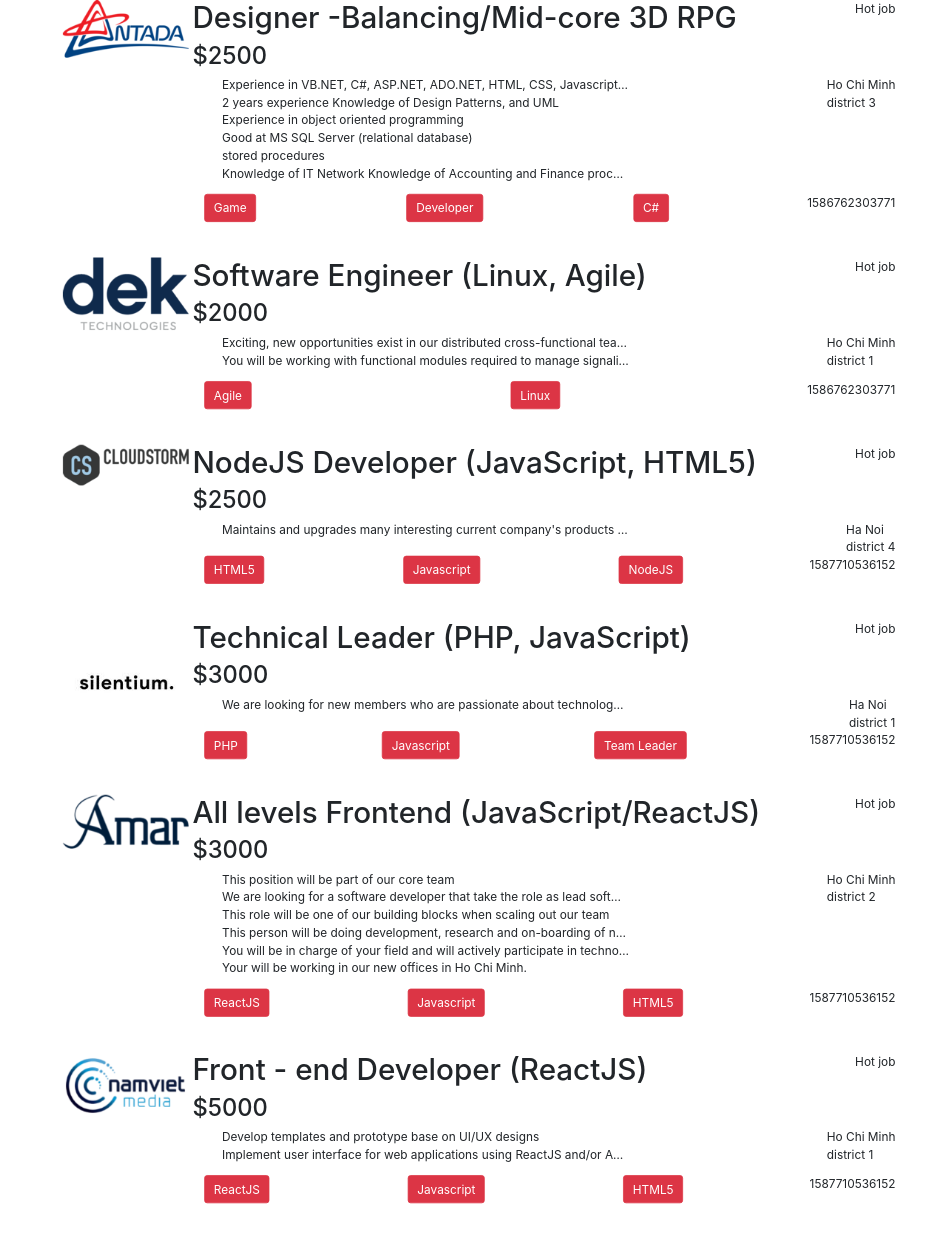
Repository: tts2610/itviec-clone
Page: /
An editor plug-in stored every save of this project. The page is shown before and after the next save, followed by the edit.
The browser window is 1280 px wide. The pictures show the whole page, at 74% of full size.
The project was rebuilt for these pictures with package versions that can differ from the ones it lists, and the page was loaded fresh each time. Requests to the local data server were answered from the project's data file. Also part of the build but not shown: src/pages/Login.js, src/pages/Detail.js.

Above is the page before, as saved 2020-06-08 15:35:24.

After the next save:
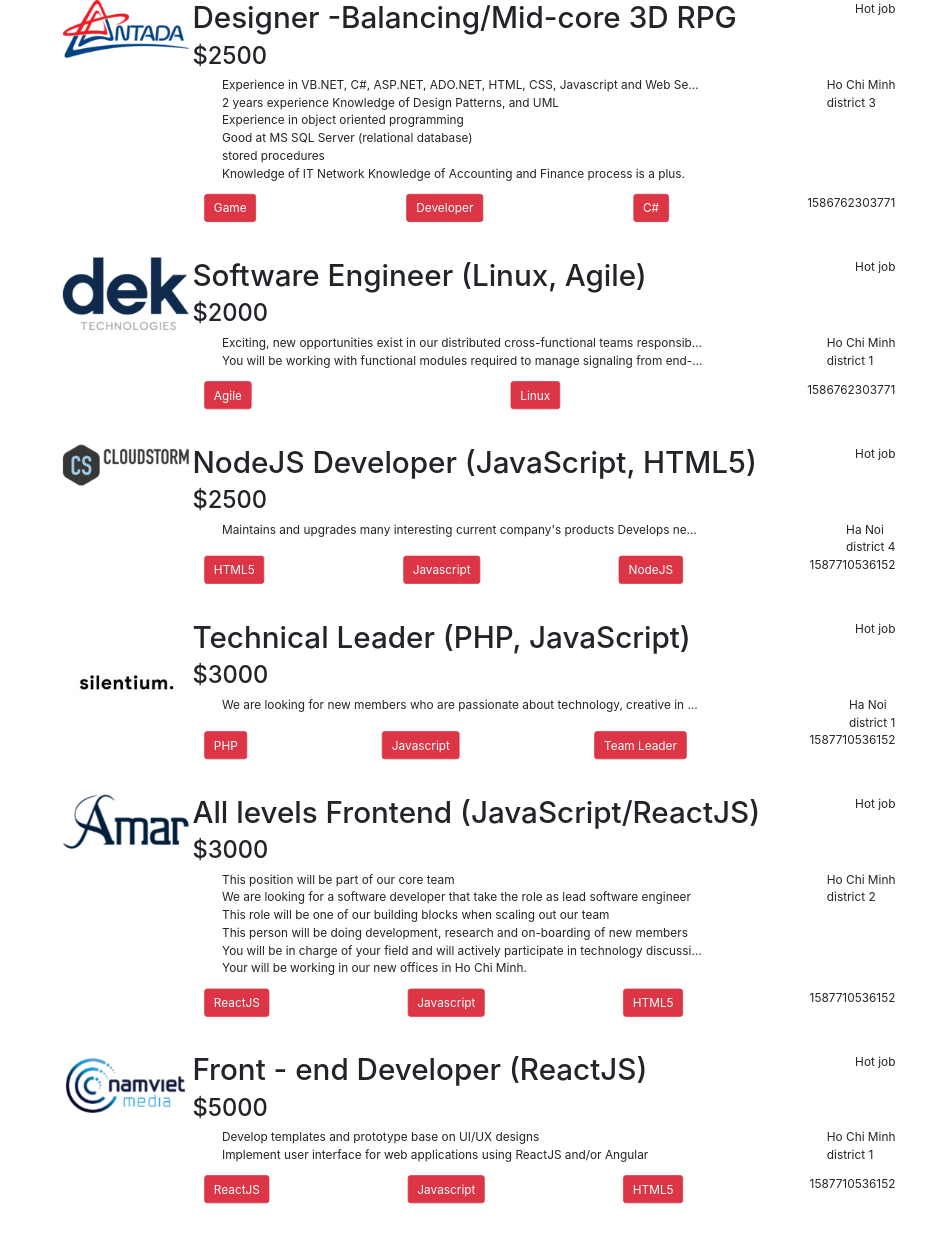
Saved 15 s later.
--- a/src/App.css
+++ b/src/App.css
@@ -40,7 +40,7 @@
 .desRow div ul li {
     display: block;
     white-space: nowrap;
-    width: 550px;
+    width: 650px;
     overflow: hidden;
     text-overflow: ellipsis;
 }
